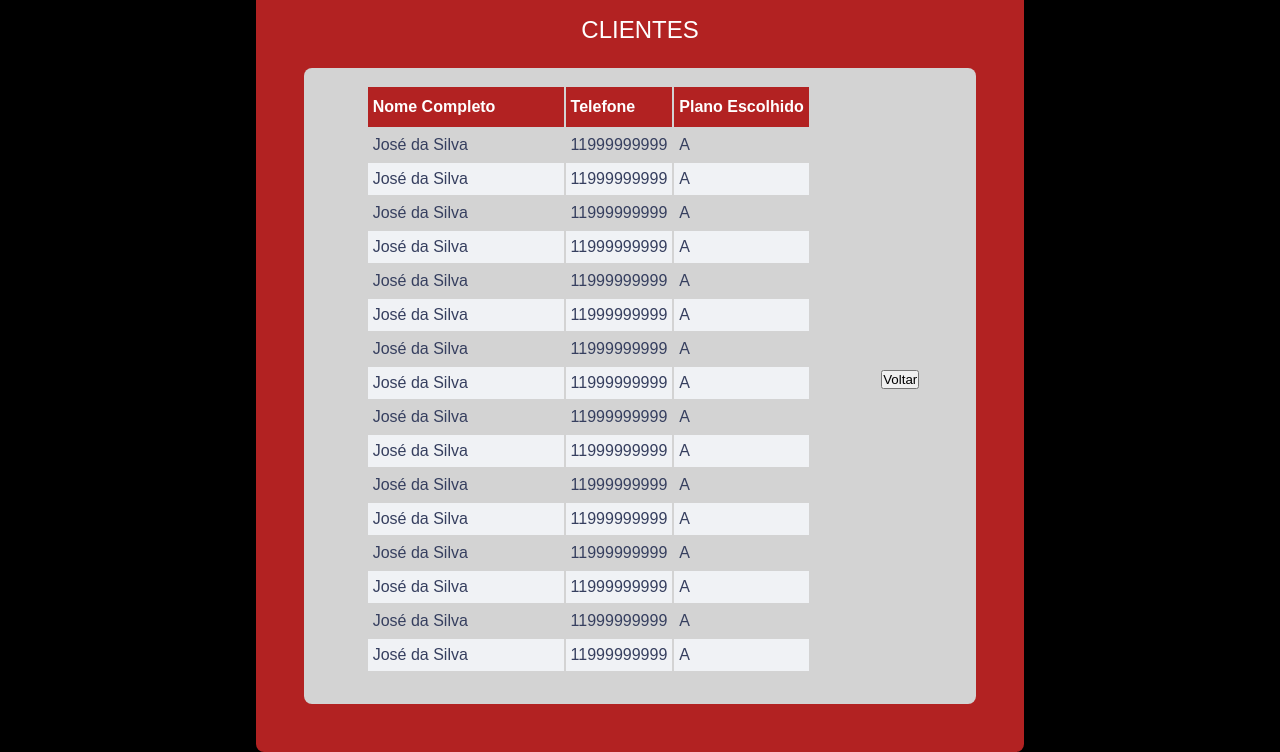
Repository: samantaProspero/projeto_integrador
Page: Versão Atual/PI_Vanila/clientes.html
These files come from the project's save history. The page is drawn as it stood at one moment and after the next save; the edit follows.
The browser window is 1280 px wide. The pictures show the whole page.
An inner scrolling area shows only its first screen.

Above is the page before, as saved 2021-11-06 15:17:14.

### Versão Atual/PI_Vanila/clientes.html
<!DOCTYPE html>
<html lang="pt-BR">
<head>
  <meta charset="UTF-8">
  <meta http-equiv="X-UA-Compatible" content="IE=edge">
  <meta name="viewport" content="width=device-width, initial-scale=1.0">
  <link rel="stylesheet" type="text/css" href="_css/global.css">
  <link rel="stylesheet" type="text/css" href="_css/clientes.css">
  <title>D Lions</title>
</head>
<body id="clientes-container">
  <section class="clientes-content">
    <p>CLIENTES</p>
    <nav class="clientes-painel">
      <div class="clientes-lista">

        <div class="area-clientes">
          <table>
            <thead>
              <th>Nome Completo</th>
              <th>Telefone</th>
              <th>Plano Escolhido</th>
            </thead>
            <tbody>
              <tr>
                <td>José da Silva</td>
                <td>11999999999</td>
                <td>A</td>
              </tr>
              <tr>
                <td>José da Silva</td>
                <td>11999999999</td>
                <td>A</td>
              </tr>
              <tr>
                <td>José da Silva</td>
                <td>11999999999</td>
                <td>A</td>
              </tr>
              <tr>
                <td>José da Silva</td>
                <td>11999999999</td>
                <td>A</td>
              </tr>
              <tr>
                <td>José da Silva</td>
                <td>11999999999</td>
                <td>A</td>
              </tr>
              <tr>
                <td>José da Silva</td>
                <td>11999999999</td>
                <td>A</td>
              </tr>
              <tr>
                <td>José da Silva</td>
                <td>11999999999</td>
                <td>A</td>
              </tr>
              <tr>
                <td>José da Silva</td>
                <td>11999999999</td>
                <td>A</td>
              </tr>
              <tr>
                <td>José da Silva</td>
                <td>11999999999</td>
                <td>A</td>
              </tr>
              <tr>
                <td>José da Silva</td>
                <td>11999999999</td>
                <td>A</td>
              </tr>
              <tr>
                <td>José da Silva</td>
                <td>11999999999</td>
                <td>A</td>
              </tr>
              <tr>
                <td>José da Silva</td>
                <td>11999999999</td>
                <td>A</td>
              </tr>
              <tr>
                <td>José da Silva</td>
                <td>11999999999</td>
                <td>A</td>
              </tr>
              <tr>
                <td>José da Silva</td>
                <td>11999999999</td>
                <td>A</td>
              </tr>
              <tr>
                <td>José da Silva</td>
                <td>11999999999</td>
                <td>A</td>
              </tr>
              <tr>
                <td>José da Silva</td>
                <td>11999999999</td>
                <td>A</td>
              </tr>
              <tr>
                <td>José da Silva</td>
                <td>11999999999</td>
                <td>A</td>
              </tr>
              <tr>
                <td>José da Silva</td>
                <td>11999999999</td>
                <td>A</td>
              </tr>
              <tr>
                <td>José da Silva José da Silv</td>
                <td>11999999999</td>
                <td>A</td>
              </tr>
              <tr>
                <td>José da Silva</td>
                <td>11999999999</td>
                <td>A</td>
              </tr>
              <tr>
                <td>José da Silva</td>
                <td>11999999999</td>
                <td>A</td>
              </tr>
              <tr>
                <td>José da Silva</td>
                <td>11999999999</td>
                <td>A</td>
              </tr>
              <tr>
                <td>José da Silva</td>
                <td>11999999999</td>
                <td>A</td>
              </tr>
              <tr>
                <td>José da Silva</td>
                <td>11999999999</td>
                <td>A</td>
              </tr>
              <tr>
                <td>José da Silva</td>
                <td>11999999999</td>
                <td>A</td>
              </tr>
              <tr>
                <td>José da Silva</td>
                <td>11999999999</td>
                <td>A</td>
              </tr>
              <tr>
                <td>José da Silva</td>
                <td>11999999999</td>
                <td>A</td>
              </tr>
              <tr>
                <td>José da Silva</td>
                <td>11999999999</td>
                <td>A</td>
              </tr>
              <tr>
                <td>José da Silva</td>
                <td>11999999999</td>
                <td>A</td>
              </tr>
            </tbody>
          </table>
        </div>
        <button>Voltar</button>
      </div>
    </nav>
  </section>
</body>
</html>

### Versão Atual/PI_Vanila/_css/global.css
  :root{
    --red: #E52E4D;
    --green: #33CC95;
    --blue: #5429CC;
    --blue-light: #6933FF;
    --text-title: #363F5F;
    --text-body: #969CB2;
    --background: #f0f2f5;
    --shape: #FFFFFF;
    --primary_dark: #363F5F;
  --secondary_dark: #000000;
    --primary: #FF0000;
    --bg_home: #B22222;
    --bg_cadastro:#A52A2A;
    --icon: #6495ED;
    --bg_frame: #D3D3D3;
  }
  /* font verdana 8 bold */

  *{
    margin: 0;
    padding: 0;
    box-sizing: border-box;
  }

  /* // font-size: 16px (Desktop) */
  html{
    @media (max-width: 1080px){
      font-size: 93.75%; //15px
    }
    @media (max-width: 720px){
      font-size: 87.5%;  //14px
    }
  }
  /* //REM = 1rem = 16px */
  body{
    background: var(--secondary_dark);
    -webkit-font-smoothing: antialiased;
  }

  body, input, textarea, button {
    font-family: 'Poppins', sans-serif;
    font-weight: 400;
  }

  h1, h2, h3, h4, h5, h6, strong {
    font-weight: 600;
  }

  button {
    cursor: pointer;
  }



  /* [disabled] {
    opacity: 0.6;
    cursor: not-allowed;
  }

  .react-modal-overlay{
    background: rgba(0,0,0,0.5);
    position: fixed;

    top: 0;
    bottom: 0;
    right: 0;
    left: 0;

    display: flex;
    align-items: center;
    justify-content: center;
  }

  .react-modal-content{
    width: 100%;
    max-width: 576px;
    background: var(--background);
    padding: 3rem;
    position: relative;
    border-radius: 0.25rem;
  }

  .react-modal-close{
    position: absolute;
    right: 1.5rem;
    top: 1.5rem;
    border: 0;
    background: transparent;
    transition: 0.2s; */

    /* &:hover{
      filter: brightness(0.9)
    }
  } */

### Versão Atual/PI_Vanila/_css/clientes.css
#clientes-container {
  width: 100vw;
  height: 100vh;
  display: flex;
  flex-direction: column;
  align-items: center;
  justify-content: center;
}
.clientes-content {
  width: 60vw;
  max-width: 1000px;
  display: flex;
  flex-direction: column;
  justify-content: center;
  align-items: center;
  padding: 3rem;
  border-radius: 8px;
  background-color: var(--bg_home);
}
.clientes-content p {
  color: var(--shape);
  font-size: 1.5rem;
  text-align: center;
  padding-bottom: 1.5rem;
}
.clientes-painel {
  width: 100%;
}
.clientes-lista {
  width: 100%;
  background-color: var(--bg_frame);
  display: flex;
  justify-content: space-around;
  align-items: center;
  padding: 1.5rem;
  border-radius: 8px;
  /* display: block; */

  padding-top: 0.7rem;
}

.area-clientes {
  overflow-y:scroll;
  height: 600px;
  /* display: flex;
  flex: 1;
  flex-direction: column;
  align-items: center;
  justify-content: space-between; */
  padding: 5px;

}
.area-clientes table {
  width: 100%;
}
.area-clientes table th, td{
  text-align: left;
  padding: 5px;
}
.area-clientes table thead{
  background-color: var(--bg_home);
  /* opacity: 0.8; */
  height: 2.5rem;
  color: var(--shape);
}
.area-clientes tr:nth-child(even) {
  background-color: var(--background)
}
.area-clientes tr:hover {
  background-color: var(--bg_home);
  color: var(--shape);
}
.area-clientes table td{
  height: 2rem;
  color: var(--primary_dark);
}
.area-clientes  button{
  /* width: 8rem; */
  height: 3.5rem;
  font-size: 1.2rem;
  padding: 0.8rem 1.8rem;
  border-radius: 5px;
  margin: 20px;
  border-color: var(--text);
}

After the next save:
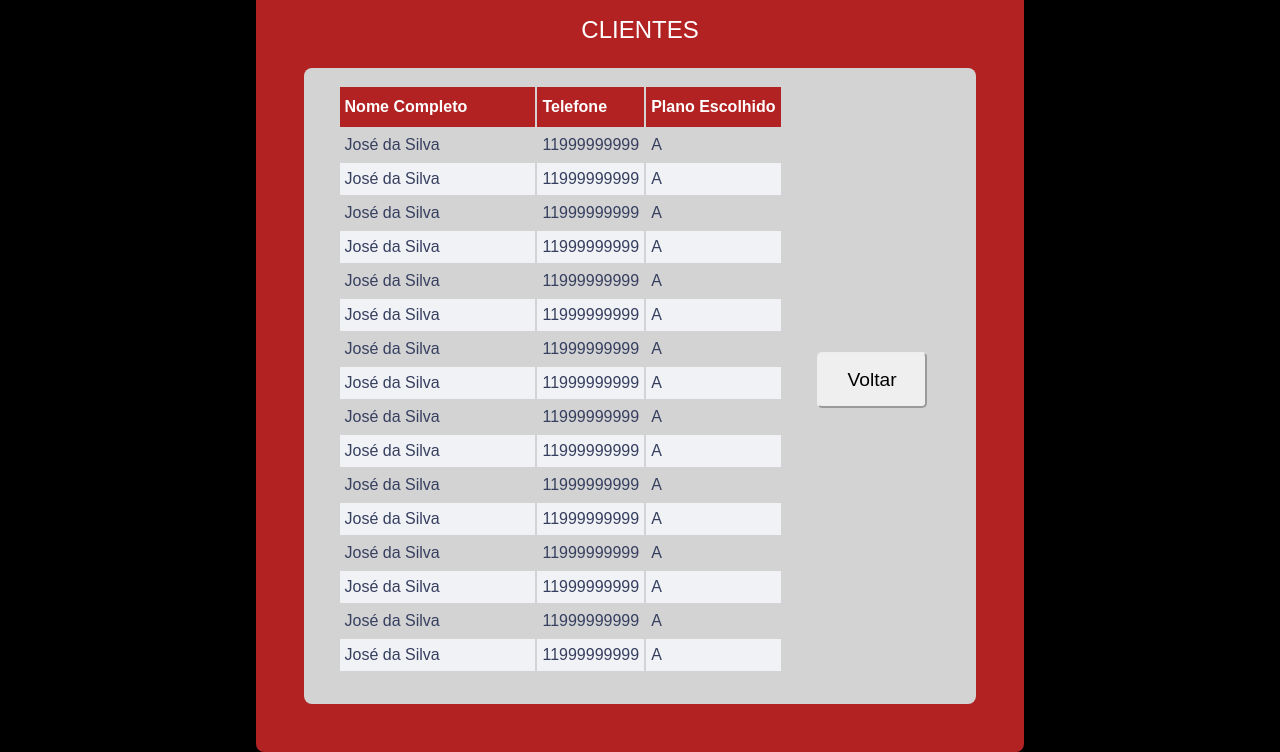
Saved 30 s later.
--- a/Versão Atual/PI_Vanila/_css/clientes.css
+++ b/Versão Atual/PI_Vanila/_css/clientes.css
@@ -74,7 +74,7 @@
   height: 2rem;
   color: var(--primary_dark);
 }
-.area-clientes  button{
+.clientes-lista  button{
   /* width: 8rem; */
   height: 3.5rem;
   font-size: 1.2rem;
